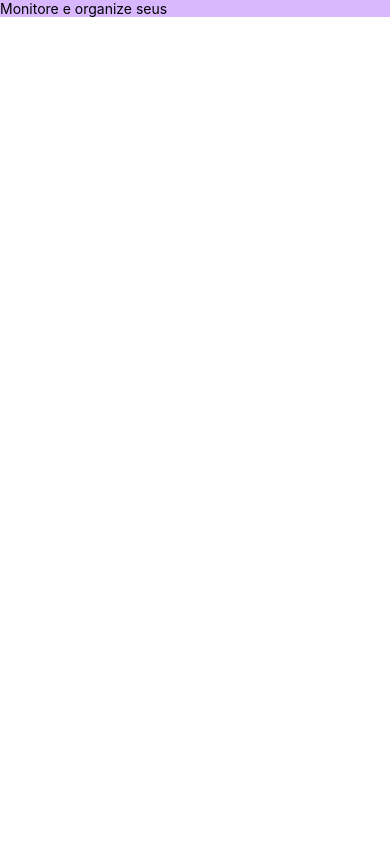
Repository: zz4fff/finance2
Page: /
The author's editor kept a copy of each file at every save. The page is drawn from the files as they stood at one save, then again after a run of saves.
The browser window is 390 px wide. The pictures show the whole page.
The app was drawn by React Native's web renderer in a window 390 px wide. The project was rebuilt for these pictures with package versions that can differ from the ones it lists, and the page was loaded fresh each time. Some packages were replaced by stand-ins written for this rebuild.

Above is the page before, as saved 2026-04-17 19:09:38.

After the next 2 saves:
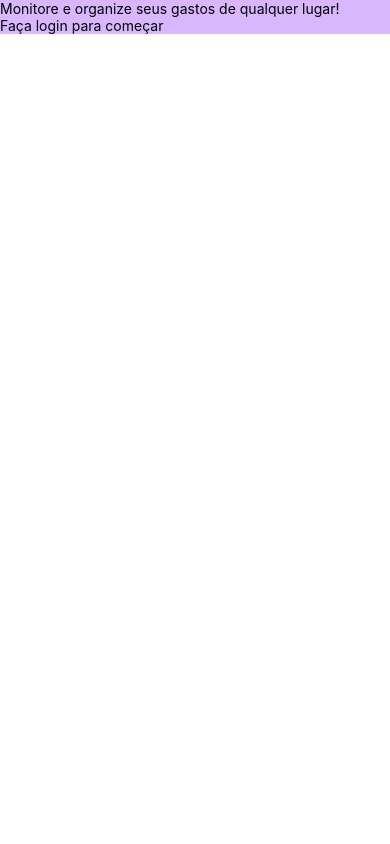
The 2 saves are shown as one change because 1 did not build or start.
The last was saved 65 s later.
--- a/src/pages/Welcome/index.js
+++ b/src/pages/Welcome/index.js
@@ -5,8 +5,9 @@ export default function Welcome() {
   return (
     <View style={styles.container}>
       <Text style={styles.title}>
-        Monitore e organize seus
+        Monitore e organize seus gastos de qualquer lugar!
       </Text>
+      <Text style={styles.text}>Faça login para começar</Text>
     </View>
   );
 }
